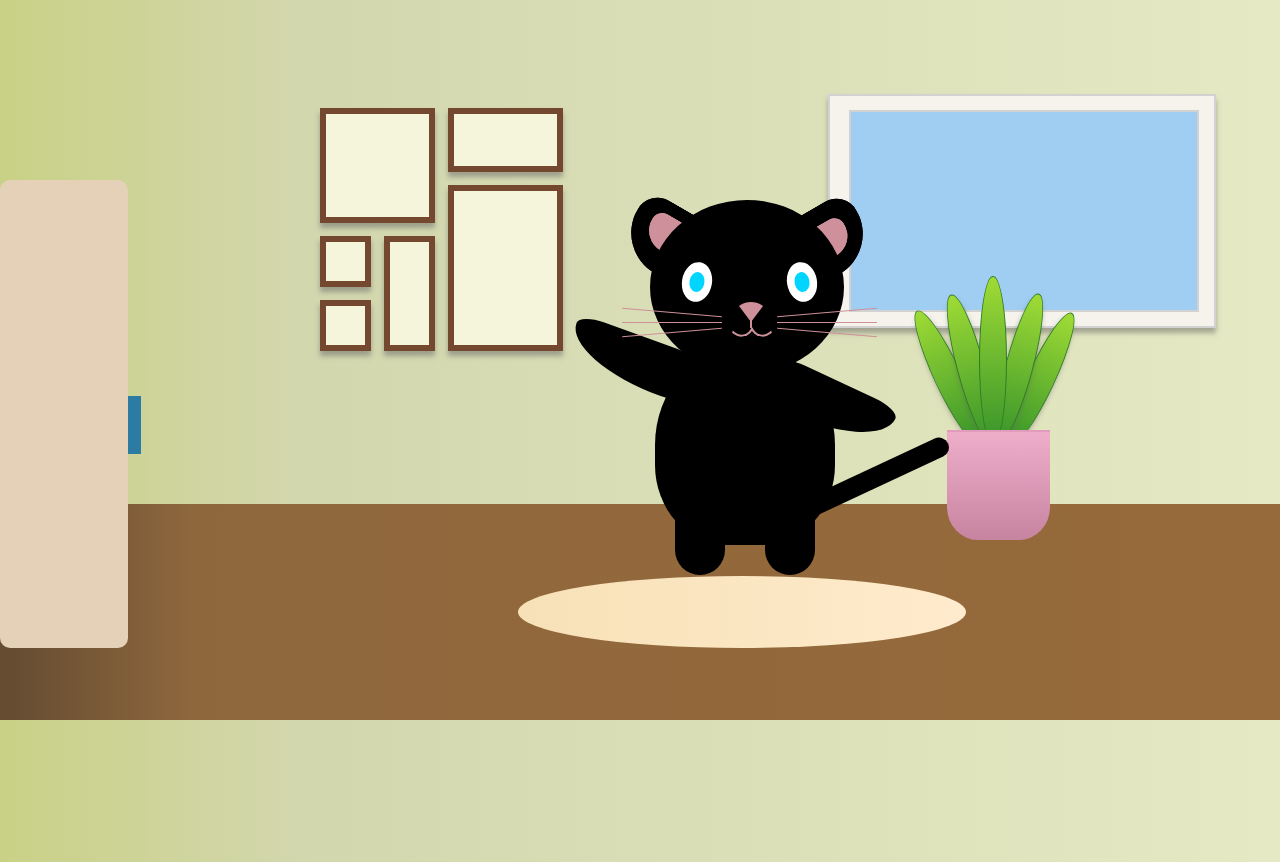
Repository: SandyLy453/COMP-2170-team-project
Page: index.html
The author's editor kept a copy of each file at every save. The page is drawn from the files as they stood at one save, then again after a run of saves.
The browser window is 1280 px wide. The pictures show the whole page.

Above is the page before, as saved 2024-05-03 14:21:38.

### index.html
<!DOCTYPE html>
<html lang="en">
<head>
    <meta charset="UTF-8">
    <meta name="viewport" content="width=device-width, initial-scale=1.0">
    <title>Team Project: Doll Dress-Up Game</title>
    <link rel="stylesheet" href="styles.css" />
</head>
<body>
    <main class="main-area">
        <div class="background">
            <div class="floor"></div>
            <div class="closet">
                <div class="openner"></div>
            </div>
            <div class="carpet"></div>
            <div class="window">
                <div class="outside"></div>
            </div>
            <div class="plantPot">
                <div class="leaves">
                    <div class="plant"></div>
                    <div class="plant-left-one"></div>
                    <div class="plant-right-one"></div>
                    <div class="plant-left-two"></div>
                    <div class="plant-right-two"></div>
                </div>
                <div class="pot"></div>
            </div>
            <div class="picturesCombo">
                <div class="pictures-one">
                    <div class="pic-one"></div>
                </div>
                <div class="pictures-two">
                    <div class="pic-two"></div>
                </div>
                <div class="pictures-three">
                    <div class="pic-three"></div>
                </div>
                <div class="pictures-four">
                    <div class="pic-four"></div>
                </div>
                <div class="pictures-five">
                    <div class="pic-five"></div>
                </div>
                <div class="pictures-six">
                    <div class="pic-six"></div>
                </div>
            </div>
        </div>

        <div class="character">
            <div class="cat">
                <div class="cat-head">
                    <div class="ears">

                        <div class="left-ear">
                            <div class="left-inner-ear">
                            </div>
                        </div>

                        <div class="right-ear">
                            <div class="right-inner-ear">
                            </div>
                        </div>
                    </div>

                    <div class="cat-eyes">
                        <div class="left-eye">
                            <div class="left-inner-eye">
                            </div>
                        </div>
                        <div class="right-eye">
                            <div class="right-inner-eye">
                            </div>
                        </div>
                    </div>

                    <div class="cat-nose"></div>

                    <div class="cat-mouth">
                        <div class="middle-line"></div>
                        <div class="left-line"></div>
                        <div class="right-line"></div>
                    </div>

                    <div class="cat-whiskers-left">
                        <div class="whisker-left-top"></div>
                        <div class="whisker-left-middle"></div>
                        <div class="whisker-left-bottom"></div>
                    </div>
                    <div class="cat-whiskers-right">
                        <div class="whisker-right-top"></div>
                        <div class="whisker-right-middle"></div>
                        <div class="whisker-right-bottom"></div>
                    </div>
                </div>

                <div class="cat-body">
                    <div class="arm left-arm"></div>
                    <div class="arm right-arm"></div>
                    <div class="foot left-foot"></div>
                    <div class="foot right-foot"></div>
                    <div class="tail"></div>
                </div>
            </div>
        </div>
    </main>
    <script src="script.js"></script>
</body>
</html>

### styles.css
body {
    margin: 0;
    width: 100vw;
    height: 100vh;
    background: linear-gradient(90deg, rgba(201,209,134,1) 0%, rgba(211,215,174,1) 24%, rgba(230,234,196,1) 100%);
}

/* Background styling */

.background {
    z-index: -100;
}

.floor {
    position: absolute;
    bottom: 0;
    width: 100vw;
    height: 30vh;
    background: linear-gradient(90deg, rgba(102,77,50,1) 1%, rgb(142, 103, 61) 15%, rgba(151,106,58,1) 100%);
    z-index: -2;
}

.closet {
    position: absolute;
    bottom: 10vh;
    left: 0;
    width: 10vw;
    height: 65vh;
    background-color: rgb(229, 209, 184);
    border-radius: 10px;
    border: 1px so;
}

.openner {
    position: relative;
    width: 1vw;
    height: 8vh;
    left: 10vw;
    bottom: -30vh;
    background-color: rgb(43, 123, 163);
}

.carpet {
    width: 35vw;
    height: 10vh;
    border-radius: 50%;
    background: linear-gradient(90deg, rgba(247,225,183,1) 0%, rgba(255,235,205,1) 100%);
    position: absolute;
    bottom: 10vh;
    right: 24.5vw;
}

.window {
    width: 30vw;
    height: 32vh;
    background-color: rgb(246, 243, 237);
    position: absolute;
    right: 5vw;
    top: 13vh;
    border: 2px solid rgb(210, 210, 210);
    box-shadow: 0 5px 5px rgba(100, 100, 100, 0.5);
    z-index: -10;
}

.outside {
    width: 27vw;
    height: 27.5vh;
    background-color: rgb(160, 206, 242);
    position: relative;
    left: 1.5vw;
    top: 2vh;
    border: 2px solid rgb(210, 210, 210)
}

.plantPot {
    position: absolute;
    right: 18vw;
    bottom: 25vh;
}

.pot {
    width: 8vw;
    height: 15vh;
    background: linear-gradient(180deg, rgba(238,174,202,1) 0%, rgba(199,132,161,1) 100%);
    border-bottom-left-radius: 30%;
    border-bottom-right-radius: 30%;
    border-top: 2px solid rgb(224, 156, 186);
    z-index: 2;
}

.leaves {
    position: relative;
    top: 60vh;
    left: 0.5vw;
}

.plant {
    height: 23vh;
    width: 2vw;
    background: linear-gradient(0deg, rgba(55,148,42,1) 0%, rgba(159,219,53,1) 100%);
    z-index: -1;
    position: relative;
    top: 25vh;
    left: 2vw;
    border-radius: 100%;
    border: 1px solid rgb(47, 124, 37);
}

.plant-left-one {
    height: 21vh;
    width: 2vw;
    background: linear-gradient(0deg, rgba(55,148,42,1) 0%, rgba(159,219,53,1) 100%);
    z-index: -2;
    position: relative;
    top: 4vh;
    left: 0.25vw;
    border-radius: 100%;
    border: 1px solid rgb(47, 124, 37);
    transform: rotate(-15deg);
    box-shadow: 0 5px 5px rgba(100, 100, 100, 0.5);
}

.plant-right-one {
    height: 21vh;
    width: 2vw;
    background: linear-gradient(0deg, rgba(55,148,42,1) 0%, rgba(159,219,53,1) 100%);
    z-index: -3;
    position: relative;
    top: -17.5vh;
    left: 4vw;
    border-radius: 100%;
    border: 1px solid rgb(47, 124, 37);
    transform: rotate(15deg);
    box-shadow: 0 5px 5px rgba(100, 100, 100, 0.5);
}

.plant-left-two {
    height: 20vh;
    width: 2vw;
    background: linear-gradient(0deg, rgba(55,148,42,1) 0%, rgba(159,219,53,1) 100%);
    z-index: -4;
    position: relative;
    top: -37vh;
    left: -1.5vw;
    border-radius: 100%;
    border: 1px solid rgb(47, 124, 37);
    transform: rotate(-25deg);
    box-shadow: 0 5px 5px rgba(100, 100, 100, 0.5);
}

.plant-right-two {
    height: 20vh;
    width: 2vw;
    background: linear-gradient(0deg, rgba(55,148,42,1) 0%, rgba(159,219,53,1) 100%);
    z-index: -5;
    position: relative;
    top: -57vh;
    left: 5.75vw;
    border-radius: 100%;
    border: 1px solid rgb(47, 124, 37);
    transform: rotate(25deg);
    box-shadow: 0 5px 5px rgba(100, 100, 100, 0.5);
}

.picturesCombo {
    position: absolute;
    left: 25vw;
    top: 15vh;
    z-index: -10;
}

.pictures-one {
    position: relative;
    width: 9vw;
    height: 9vw;
    background-color: rgb(115, 72, 47);
    box-shadow: 0 5px 5px rgba(100, 100, 100, 0.5);
}

.pictures-two {
    position: relative;
    top: 1vw;
    width: 4vw;
    height: 4vw;
    background-color: rgb(115, 72, 47);
    box-shadow: 0 5px 5px rgba(100, 100, 100, 0.5);
}

.pictures-three {
    position: relative;
    top: 2vw;
    width: 4vw;
    height: 4vw;
    background-color: rgb(115, 72, 47);
    box-shadow: 0 5px 5px rgba(100, 100, 100, 0.5);
}

.pictures-four {
    position: relative;
    top: -7vw;
    left: 5vw;
    width: 4vw;
    height: 9vw;
    background-color: rgb(115, 72, 47);
    box-shadow: 0 5px 5px rgba(100, 100, 100, 0.5);
}

.pictures-five {
    position: relative;
    top: -26vw;
    left: 10vw;
    width: 9vw;
    height: 5vw;
    background-color: rgb(115, 72, 47);
    box-shadow: 0 5px 5px rgba(100, 100, 100, 0.5);
}

.pictures-six {
    position: relative;
    top: -25vw;
    left: 10vw;
    width: 9vw;
    height: 13vw;
    background-color: rgb(115, 72, 47);
    box-shadow: 0 5px 5px rgba(100, 100, 100, 0.5);
}

.pic-one {
    position: relative;
    width: 8vw;
    height: 8vw;
    background-color: beige;
    top: 0.5vw;
    left: 0.5vw;
}

.pic-two {
    position: relative;
    width: 3vw;
    height: 3vw;
    background-color: beige;
    top: 0.5vw;
    left: 0.5vw;
}

.pic-three {
    position: relative;
    width: 3vw;
    height: 3vw;
    background-color: beige;
    top: 0.5vw;
    left: 0.5vw;
}

.pic-four {
    position: relative;
    width: 3vw;
    height: 8vw;
    background-color: beige;
    top: 0.5vw;
    left: 0.5vw;
}

.pic-five {
    position: relative;
    width: 8vw;
    height: 4vw;
    background-color: beige;
    top: 0.5vw;
    left: 0.5vw;
}

.pic-six {
    position: relative;
    width: 8vw;
    height: 12vw;
    background-color: beige;
    top: 0.5vw;
    left: 0.5vw;
}



/* Cat styling */

.cat-head {
    position: absolute;
    right: 0;
    left: 650px;
    top: 200px;
    bottom: 0;
    background-color: black;
    width: 190px;
    height: 170px;
    border: 2px solid black;
    border-radius: 50%;
}

.left-ear {
    position: absolute;
    z-index: -1;
    top: 0;
    left: -25px;
    border-top-left-radius: 80px;
    border-top-right-radius: 40px;
    transform: rotate(-60deg);
    border-left: 35px solid black;
    border-right: 35px solid black;
    border-bottom: 70px solid black;
}

.right-ear {
    position: absolute;
    z-index: -1;
    top: 1px;
    left: 145px;
    border-top-left-radius: 40px;
    border-top-right-radius: 80px;
    transform: rotate(60deg);
    border-left: 35px solid black;
    border-right: 35px solid black;
    border-bottom: 70px solid black;
}

.left-inner-ear {
    position: absolute;
    top: 0;
    left: -30px;
    transform: scale(0.5);
    border-top-left-radius: 80px;
    border-top-right-radius: 40px;
    border-bottom-right-radius: 40%;
    border-bottom-left-radius: 40%;
    border-left: 35px solid rgb(206, 144, 154);
    border-right: 35px solid rgb(206, 144, 154);
    border-bottom: 70px solid rgb(206, 144, 154);
}

.right-inner-ear {
    position: absolute;
    top: 0px;
    left: -35px;
    transform: scale(0.5);
    border-top-left-radius: 40px;
    border-top-right-radius: 80px;
    border-bottom-right-radius: 40%;
    border-bottom-left-radius: 40%;
    border-left: 35px solid rgb(206, 144, 154);
    border-right: 35px solid rgb(206, 144, 154);
    border-bottom: 70px solid rgb(206, 144, 154);
}

.left-eye {
    position: absolute;
    top: 60px;
    left: 30px;
    border-radius: 60%;
    transform: rotate(10deg);
    width: 30px;
    height: 40px;
    background-color: white;
}

.right-eye {
    position: absolute;
    top: 60px;
    left: 135px;
    border-radius: 60%;
    transform: rotate(-10deg);
    width: 30px;
    height: 40px;
    background-color: white;
}

.left-inner-eye {
    position: absolute;
    top: 0px;
    left: 0px;
    border-radius: 60%;
    transform: scale(0.5);
    width: 30px;
    height: 40px;
    background-color: rgb(0, 213, 255);
}

.right-inner-eye {
    position: absolute;
    top: 0px;
    left: 0px;
    border-radius: 60%;
    transform: scale(0.5);
    width: 30px;
    height: 40px;
    background-color: rgb(0, 213, 255);
}

.cat-nose {
    position: absolute;
    top: 100px;
    left: 84px;
    border-top-left-radius: 50%;
    border-top-right-radius: 50%;
    border-bottom-right-radius: 50%;
    border-bottom-left-radius: 50%;
    transform: rotate(180deg);
    border-left: 15px solid transparent;
    border-right: 15px solid transparent;
    border-bottom: 20px solid rgb(206, 144, 154);
}

/* .cat-mouth div{
    position: absolute;
    top: 50px;
    width: 30px;
    height: 50px;
    border: 2px solid rgb(206, 144, 154);
    border-radius: 190%/190px;
    border-color: rgb(206, 144, 154) transparent transparent transparent;
} */

.left-line {
    position: absolute;
    top: 81px;
    left: 69.5px;
    width: 30px;
    height: 50px;
    border: 2px solid rgb(206, 144, 154);
    border-radius: 80%;
    transform: rotate(170deg);
    border-color: rgb(206, 144, 154) transparent transparent transparent;
}

.middle-line {
    position: absolute;
    top: 120px;
    left: 94px;
    width: 10px;
    height: 2px;
    background-color: rgb(206, 144, 154);
    transform: rotate(90deg);
}

.right-line {
    position: absolute;
    top: 81px;
    left: 95.5px;
    width: 30px;
    height: 50px;
    border: 2px solid rgb(206, 144, 154);
    border-radius: 80%;
    transform: rotate(190deg);
    border-color: rgb(206, 144, 154) transparent transparent transparent;
}

.whisker-left-top {
    position: absolute;
    top: 110px;
    left: -30px;
    transform: rotate(5deg);
    width: 100px;
    height: 1px;
    background-color: rgb(206, 144, 154);
}

.whisker-left-middle {
    position: absolute;
    top: 120px;
    left: -30px;
    transform: rotate(0deg);
    width: 100px;
    height: 1px;
    background-color: rgb(206, 144, 154);
}

.whisker-left-bottom {
    position: absolute;
    top: 130px;
    left: -30px;
    transform: rotate(-5deg);
    width: 100px;
    height: 1px;
    background-color: rgb(206, 144, 154);
}

.whisker-right-top {
    position: absolute;
    top: 110px;
    left: 125px;
    transform: rotate(-5deg);
    width: 100px;
    height: 1px;
    background-color: rgb(206, 144, 154);
}

.whisker-right-middle {
    position: absolute;
    top: 120px;
    left: 125px;
    transform: rotate(0deg);
    width: 100px;
    height: 1px;
    background-color: rgb(206, 144, 154);
}

.whisker-right-bottom {
    position: absolute;
    top: 130px;
    left: 125px;
    transform: rotate(5deg);
    width: 100px;
    height: 1px;
    background-color: rgb(206, 144, 154);
}

.cat-body {
    position: absolute;
    width: 180px;
    height: 200px;
    border-left: 80px;
    border-right: 80px;
    top: 345px;
    left: 655px;
    background-color: black;
    border-top-left-radius: 100%;
    border-top-right-radius: 100%;
    border-bottom-left-radius: 80%;
    border-bottom-right-radius: 80%;
}

.arm {
    width: 50px;
    height: 130px;
    background-color: black;
    border-radius: 30% 30% 30% 120%;
    z-index: -2;
}

.left-arm {
    position: absolute;
    top: 60px;
    left: 30px;
    transform-origin: top left;
    transform: rotate(110deg) scaleX(-1);
}

.right-arm {
    position: absolute;
    top: -5px;
    left: 150px;
    transform: rotate(-65deg);
}

.foot {
    background-color: black;
    height: 80px;
    width: 50px;
    border-left: 100px;
    border-right: 100px;
    border-radius: 0 0 50px 50px;
}

.left-foot {
    position: absolute;
    top: 150px;
    left: 20px;
}

.right-foot {
    position: absolute;
    top: 150px;
    left: 110px;
}

.tail {
    position: absolute;
    width: 150px;
    height: 20px;
    border-radius: 0 20px 20px 0;
    background-color: black;
    top: 120px;
    left: 150px;
    transform: rotate(-25deg);
}

### script.js
const shirts = ["shirt1","shirt2","shirt3","shirt4", "shirt5"]

const bottoms = ["bottom1","bottom2","bottom3","bottom4", "bottom5"]

const accessories = ["acc1","acc2","acc3","acc4", "acc5"]

After the next 4 saves:
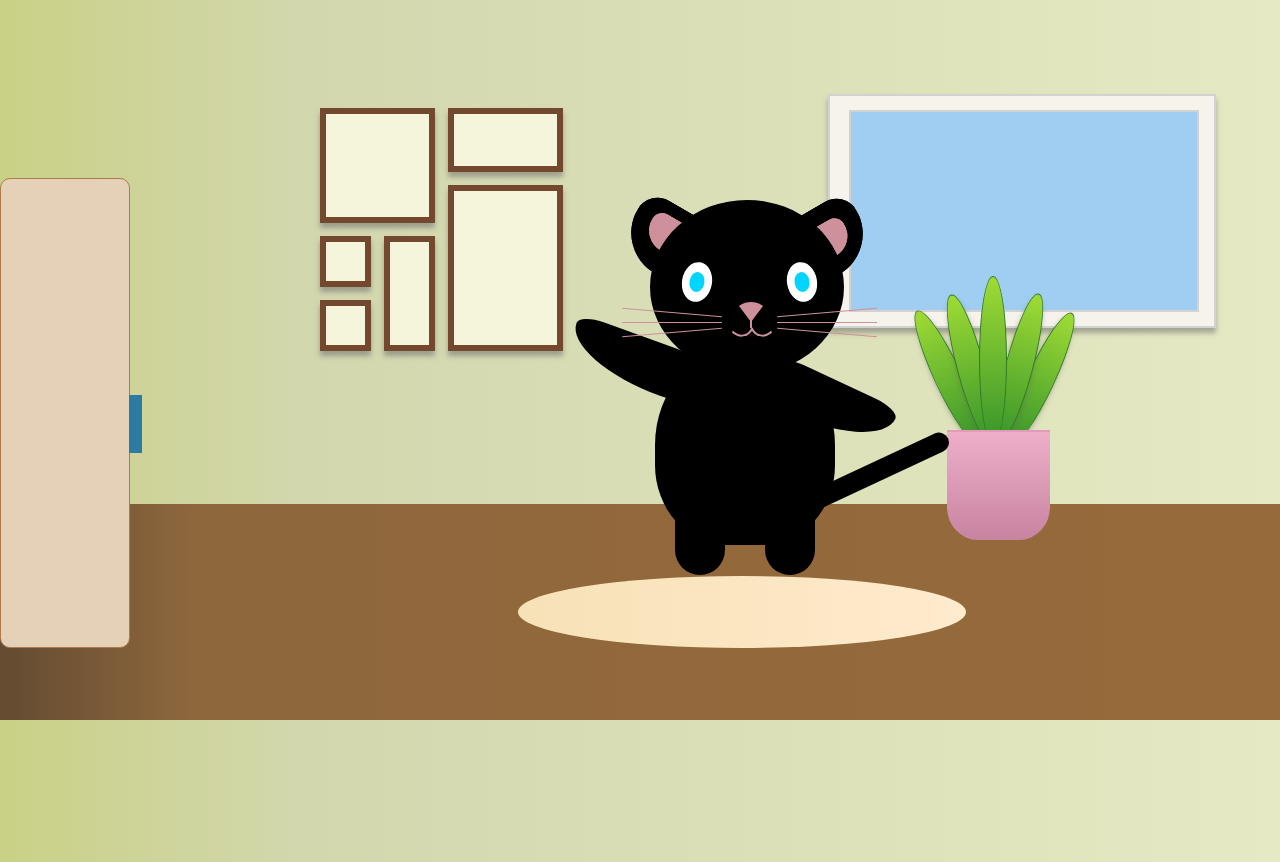
The 4 saves are shown as one change because they came seconds apart.
The last was saved 14 s later.
--- a/styles.css
+++ b/styles.css
@@ -28,7 +28,7 @@ body {
     height: 65vh;
     background-color: rgb(229, 209, 184);
     border-radius: 10px;
-    border: 1px so;
+    border: 1px solid rgb(175, 122, 75);
 }
 
 .openner {
@@ -577,7 +577,7 @@ body {
     height: 20px;
     border-radius: 0 20px 20px 0;
     background-color: black;
-    top: 120px;
+    top: 115px;
     left: 150px;
     transform: rotate(-25deg);
 }
